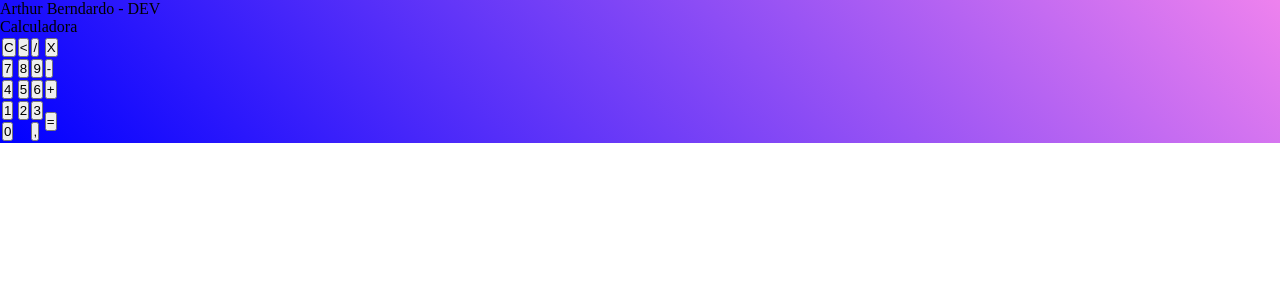
Repository: oThurDev/calculadora
Page: calculadora.html
These files come from the project's save history. The page is drawn as it stood at one moment and after the next save; the edit follows.
The browser window is 1280 px wide. The pictures show the whole page.

Above is the page before, as saved 2022-02-25 15:27:16.

### calculadora.html
<!DOCTYPE html>
<html lang="en">
<head>
    <meta charset="UTF-8">
    <meta name="viewport" content="width=device-width, initial-scale=1.0">
    <link rel="stylesheet" href="style_calculadora.css">
    <title>Calculadora</title>
</head>
<body>
    <div class="fundo">
        <span>Arthur Berndardo - DEV</span>
        <div class="calculadora">
            <span>Calculadora</span>
            <p id="resultado"></p>
            <table>
                <tr>
                    <td><button>C</button></td>
                    <td><button><</button></td>
                    <td><button>/</button></td>
                    <td><button>X</button></td>
                </tr>
                <tr>
                    <td><button>7</button></td>
                    <td><button>8</button></td>
                    <td><button>9</button></td>
                    <td><button>-</button></td>
                </tr>
                <tr>
                    <td><button>4</button></td>
                    <td><button>5</button></td>
                    <td><button>6</button></td>
                    <td><button>+</button></td>
                </tr>
                <tr>
                    <td><button>1</button></td>
                    <td><button>2</button></td>
                    <td><button>3</button></td>
                    <td rowspan="2"><button>=</button></td>
                </tr>
                <tr>
                    <td colspan="2"><button>0</button></td>
                    <td><button>,</button></td>
                </tr>
            </table>
        </div>
    </div>
</body>
</html>

### style_calculadora.css
*{
    margin: 0;
    padding: 0;
}

.fundo{
    background-image: linear-gradient(45deg, blue, violet);
}

After the next save:
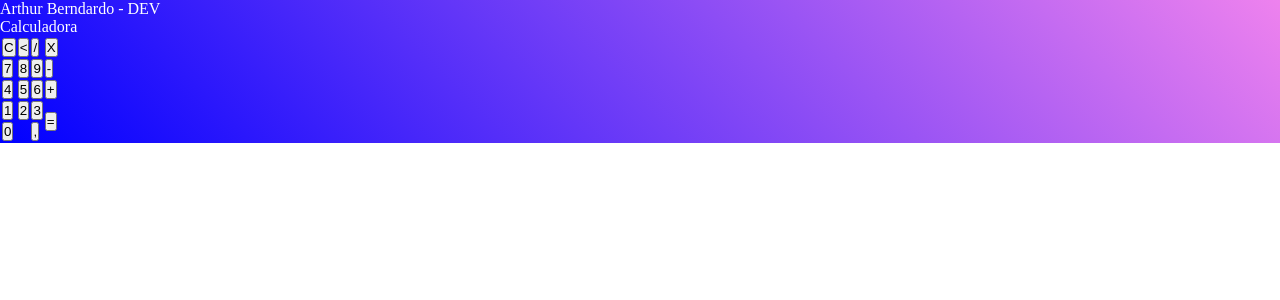
Saved 37 s later.
--- a/style_calculadora.css
+++ b/style_calculadora.css
@@ -5,4 +5,6 @@
 
 .fundo{
     background-image: linear-gradient(45deg, blue, violet);
+    height: 100%;
+    color: white;
 }
